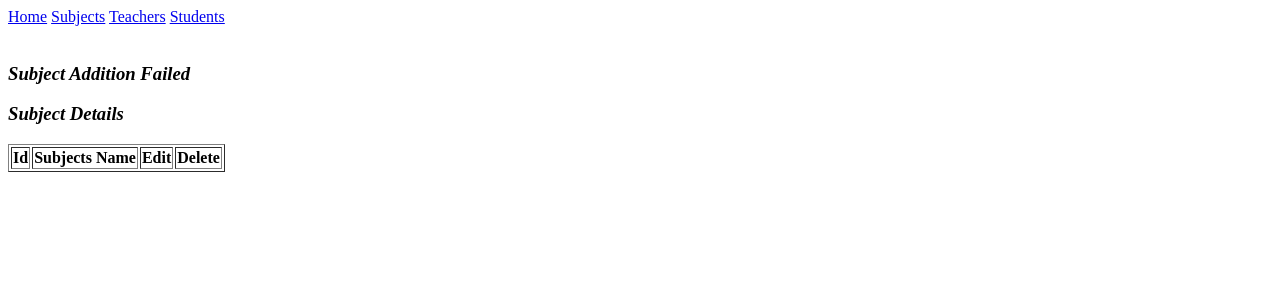
Repository: shubhamsingh331/Learners_Academy
Page: http://localhost/LearnersAcademy/Subjects/AddFailed.jsp
These files come from the project's save history. The page is drawn as it stood at one moment and after the next save; the edit follows.
The browser window is 1280 px wide. The pictures show the whole page.
The page is served by Tomcat 9. Other server files are loaded and not shown. Queries for data that is not in the repository find no rows.

Above is the page before, as saved 2023-10-11 10:02:41.

### LearnersAcademy/src/main/webapp/Subjects/AddFailed.jsp
<%@ page language="java" contentType="text/html; charset=ISO-8859-1"
    pageEncoding="ISO-8859-1"%>
<!DOCTYPE html>
<html>
<head>
<meta charset="ISO-8859-1">
<title>Insert title here</title>
</head>
<body>
<div class="topnav">
  <a class="active" href="#home">Home</a>
  <a href="Subject.jsp">Subjects</a>
  <a href="../Teachers/Teachers.jsp">Teachers</a>
  <a href="#about">Students</a>
</div><br>
<h3><i>Subject Addition Failed</i></h3>
<%@include file="Subdisplay.jsp" %>
</body>
</html>

### LearnersAcademy/src/main/webapp/Subjects/Subdisplay.jsp
<%@page import="subjects.SubjectsDAO"%>
<%@page import="subjects.SubjectsPojo" %>
<%@page import="java.util.*" %>
<%@ page language="java" contentType="text/html; charset=ISO-8859-1"
    pageEncoding="ISO-8859-1"%>
<!DOCTYPE html>
<html>
<head>
<meta charset="ISO-8859-1">
<title>Insert title here</title>
</head>
<body>
<h3><i>Subject Details</i></h3>
<table border="1">
<tr><th>Id</th><th>Subjects Name</th><th>Edit</th><th>Delete</th></tr>
<%
SubjectsDAO dao = new SubjectsDAO();
List<SubjectsPojo> list = dao.display();
for(SubjectsPojo s:list){%>
	<tr><td><%=s.getSubid() %></td><td><%=s.getSubname()%></td><td><a href=SubEdit.jsp?id=<%=s.getSubid()%>>Edit</a></td><td><a href=SubDelete.jsp?id=<%=s.getSubid()%>>Delete</a></td></tr>
	<%} %>
</table>
</body>
</html>

### LearnersAcademy/src/main/java/subjects/SubjectsDAO.java
package subjects;

import java.sql.Connection;
import java.sql.PreparedStatement;
import java.sql.ResultSet;
import java.sql.SQLException;
import java.util.ArrayList;
import java.util.List;

import DBUtil.DbUtil;

public class SubjectsDAO {
	public int insert(SubjectsPojo subject) throws ClassNotFoundException, SQLException {
		Connection con = DbUtil.dbcon();
		String sql = "insert into subjects values(?,?)";
		PreparedStatement ps = con.prepareStatement(sql);
		ps.setInt(1, subject.getSubid());
		ps.setString(2, subject.getSubname());
		return ps.executeUpdate();
	}

	public int update(SubjectsPojo subject) throws ClassNotFoundException, SQLException {
		Connection con = DbUtil.dbcon();
		String sql = "update subjects set subname = ? where id = ?";
		PreparedStatement ps = con.prepareStatement(sql);
		ps.setInt(2, subject.getSubid());
		ps.setString(1, subject.getSubname());
		return ps.executeUpdate();
	}

	public int delete(SubjectsPojo subject) throws ClassNotFoundException, SQLException {
		Connection con = DbUtil.dbcon();
		String sql = "delete from subjects where id = ?";
		PreparedStatement ps = con.prepareStatement(sql);
		ps.setInt(1, subject.getSubid());
		return ps.executeUpdate();
	}

	public List<SubjectsPojo> display() throws ClassNotFoundException, SQLException{
		Connection con = DbUtil.dbcon();

		List<SubjectsPojo> list = new ArrayList<SubjectsPojo>();
		String sql = "select * from subjects";
		PreparedStatement ps = con.prepareStatement(sql);
		ResultSet rs = ps.executeQuery();
		while(rs.next()) {
			SubjectsPojo subject = new SubjectsPojo();
			subject.setSubid(rs.getInt(1));
			subject.setSubname(rs.getString(2));
			list.add(subject);

		}
		return list;
	}
	public List<SubjectsPojo> option() throws ClassNotFoundException, SQLException{
		Connection con = DbUtil.dbcon();

		List<SubjectsPojo > list = new ArrayList<SubjectsPojo>();
		String sql = "select * from subjects";
		PreparedStatement ps = con.prepareStatement(sql);
		ResultSet rs = ps.executeQuery();
		while(rs.next()) {
			SubjectsPojo subject = new SubjectsPojo();
			subject.setSubid(rs.getInt("id"));
			subject.setSubname(rs.getString("subname"));
			list.add(subject);
		}

		return list;


	}

}

### LearnersAcademy/src/main/java/DBUtil/DbUtil.java
package DBUtil;

import java.sql.Connection;
import java.sql.DriverManager;
import java.sql.SQLException;

public class DbUtil {
	public static final String DRIVER_CLASS="com.mysql.jdbc.Driver";
	public static final String DB_URL="jdbc:mysql://localhost:3306/StudentManagement";
	public static final String USERNAME = "root";
	public static final String PASSWORD = "123456";
	public static Connection dbcon() throws ClassNotFoundException, SQLException {
		Class.forName(DRIVER_CLASS);

		Connection con = DriverManager.getConnection(DB_URL, USERNAME, PASSWORD);

		return con;

}

}

After the next save:
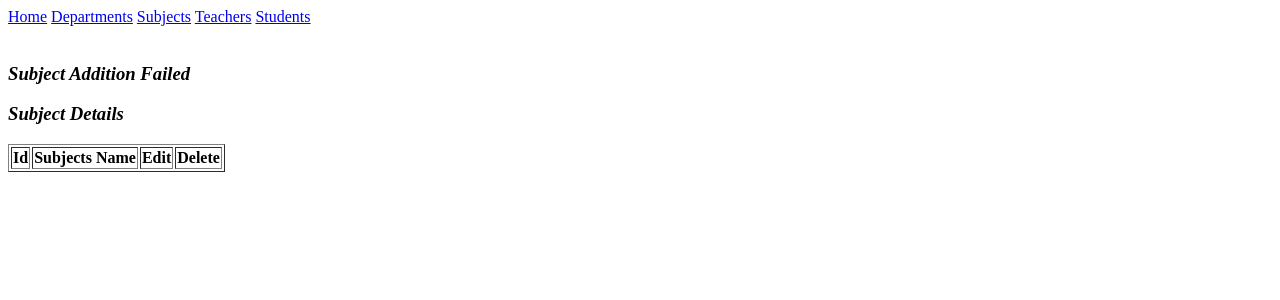
Saved 11 s later.
--- a/LearnersAcademy/src/main/webapp/Subjects/AddFailed.jsp
+++ b/LearnersAcademy/src/main/webapp/Subjects/AddFailed.jsp
@@ -8,10 +8,11 @@
 </head>
 <body>
 <div class="topnav">
-  <a class="active" href="#home">Home</a>
+  <a class="active" href="../Homepage.jsp">Home</a>
+  <a href="../Department/Department.jsp">Departments</a>
   <a href="Subject.jsp">Subjects</a>
   <a href="../Teachers/Teachers.jsp">Teachers</a>
-  <a href="#about">Students</a>
+  <a href="../Students/Students.jsp">Students</a>
 </div><br>
 <h3><i>Subject Addition Failed</i></h3>
 <%@include file="Subdisplay.jsp" %>
